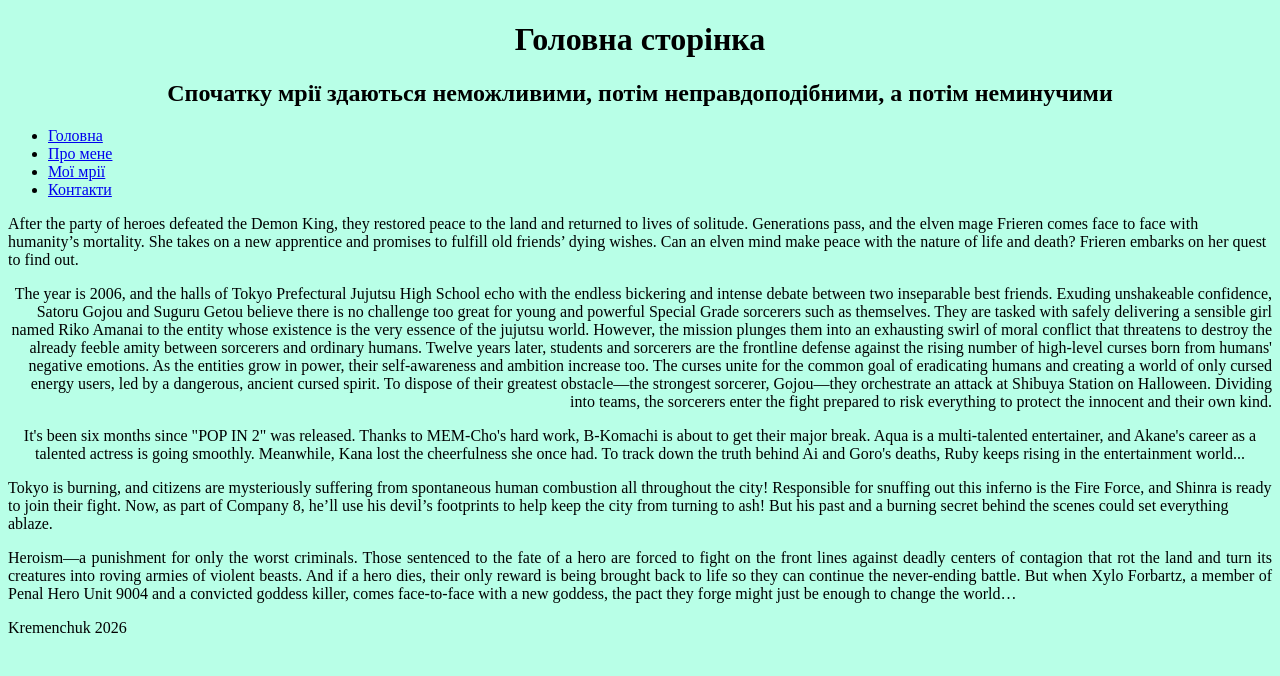
Repository: alexandrastarovoyda-star/homework_info
Page: pr1/html/pr1.html
These files come from the project's save history. The page is drawn as it stood at one moment and after the next save; the edit follows.
The browser window is 1280 px wide. The pictures show the whole page.

Above is the page before, as saved 2026-01-13 19:58:27.

### pr1/html/pr1.html
<!DOCTYPE html>
<html lang="ua">
    <head>
        <title>Мій сайт HTML</title>
        <meta charset="utf-8">
        <link rel="stylesheet" href="../css/pr1.css">
    </head>
    <body>
        <header>
            <h1 class="cn">Головна сторінка</h1>
            <h2 class="cn">Спочатку мрії здаються неможливими, потім неправдоподібними, а потім неминучими</h2>
        </header>
        <nav>
            <ul>
            <li><a href="pr1.html">Головна</a></li>
            <li><a href="aboutMe.html">Про мене</a></li>
            <li><a href="myDream.html">Мої мрії</a></li>
            <li><a href="contacts.html">Контакти</a></li>
            </ul>
        </nav>
        <main>
            <p>After the party of heroes defeated the Demon King, they restored peace to the land and returned to lives of solitude. Generations pass, and the elven mage Frieren comes face to face with humanity’s mortality. She takes on a new apprentice and promises to fulfill old friends’ dying wishes. Can an elven mind make peace with the nature of life and death? Frieren embarks on her quest to find out.</p>
            <p class="rg"> The year is 2006, and the halls of Tokyo Prefectural Jujutsu High School echo with the endless bickering and intense debate between two inseparable best friends. Exuding unshakeable confidence, Satoru Gojou and Suguru Getou believe there is no challenge too great for young and powerful Special Grade sorcerers such as themselves. They are tasked with safely delivering a sensible girl named Riko Amanai to the entity whose existence is the very essence of the jujutsu world. However, the mission plunges them into an exhausting swirl of moral conflict that threatens to destroy the already feeble amity between sorcerers and ordinary humans. Twelve years later, students and sorcerers are the frontline defense against the rising number of high-level curses born from humans' negative emotions. As the entities grow in power, their self-awareness and ambition increase too. The curses unite for the common goal of eradicating humans and creating a world of only cursed energy users, led by a dangerous, ancient cursed spirit. To dispose of their greatest obstacle—the strongest sorcerer, Gojou—they orchestrate an attack at Shibuya Station on Halloween. Dividing into teams, the sorcerers enter the fight prepared to risk everything to protect the innocent and their own kind.</p>
            <p class="cn">It's been six months since "POP IN 2" was released. Thanks to MEM-Cho's hard work, B-Komachi is about to get their major break. Aqua is a multi-talented entertainer, and Akane's career as a talented actress is going smoothly. Meanwhile, Kana lost the cheerfulness she once had. To track down the truth behind Ai and Goro's deaths, Ruby keeps rising in the entertainment world...</p>
            <p class="lf">Tokyo is burning, and citizens are mysteriously suffering from spontaneous human combustion all throughout the city! Responsible for snuffing out this inferno is the Fire Force, and Shinra is ready to join their fight. Now, as part of Company 8, he’ll use his devil’s footprints to help keep the city from turning to ash! But his past and a burning secret behind the scenes could set everything ablaze.</p>
            <p class="jf">Heroism—a punishment for only the worst criminals. Those sentenced to the fate of a hero are forced to fight on the front lines against deadly centers of contagion that rot the land and turn its creatures into roving armies of violent beasts. And if a hero dies, their only reward is being brought back to life so they can continue the never-ending battle. But when Xylo Forbartz, a member of Penal Hero Unit 9004 and a convicted goddess killer, comes face-to-face with a new goddess, the pact they forge might just be enough to change the world…</p>
        </main>
        <footer>
            <p>Kremenchuk 2026</p>
        </footer>
    </body>
</html>

### pr1/css/pr1.css
body{
    background-color: rgba(127, 255, 212, 0.548);
}

.cn{
    text-align: center;
}

.jf{
    text-align: justify;
}

.rg{
    text-align: right;
}

.lf{
    text-align: left;
}

After the next save:
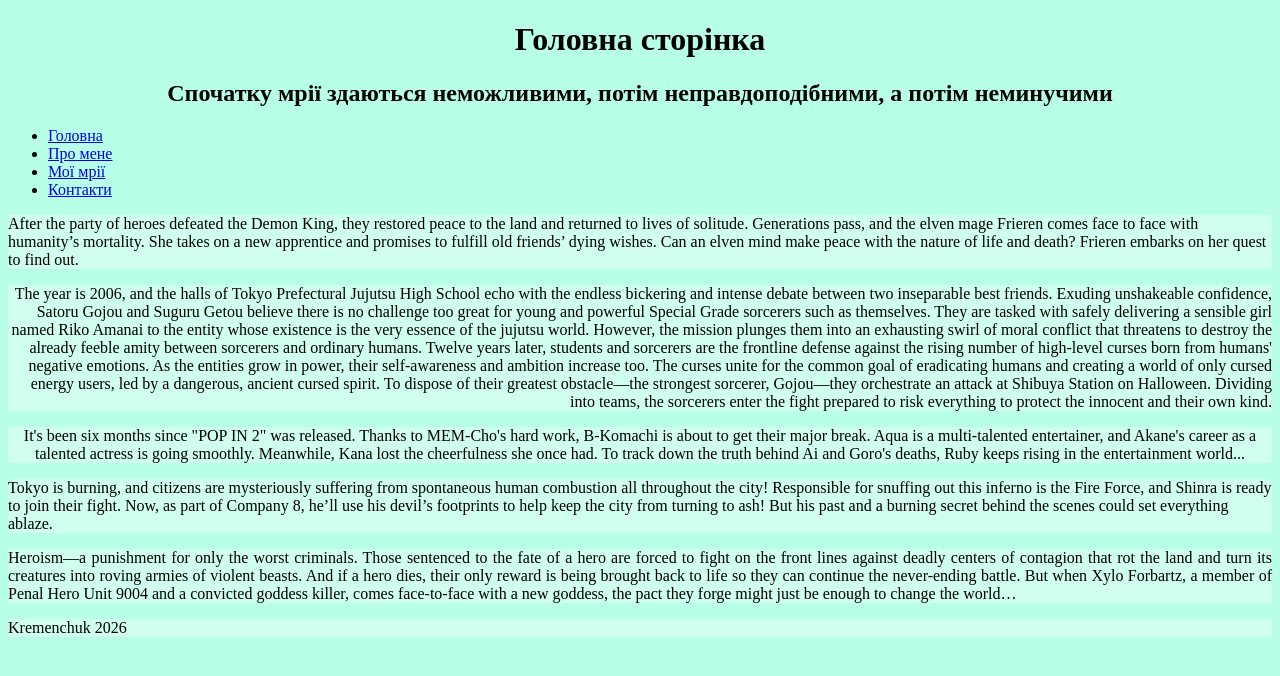
Saved 77 s later.
--- a/pr1/css/pr1.css
+++ b/pr1/css/pr1.css
@@ -17,3 +17,7 @@
 .lf{
     text-align: left;
 }
+
+p{
+    background-color: rgba(255, 255, 255, 0.329);
+}
